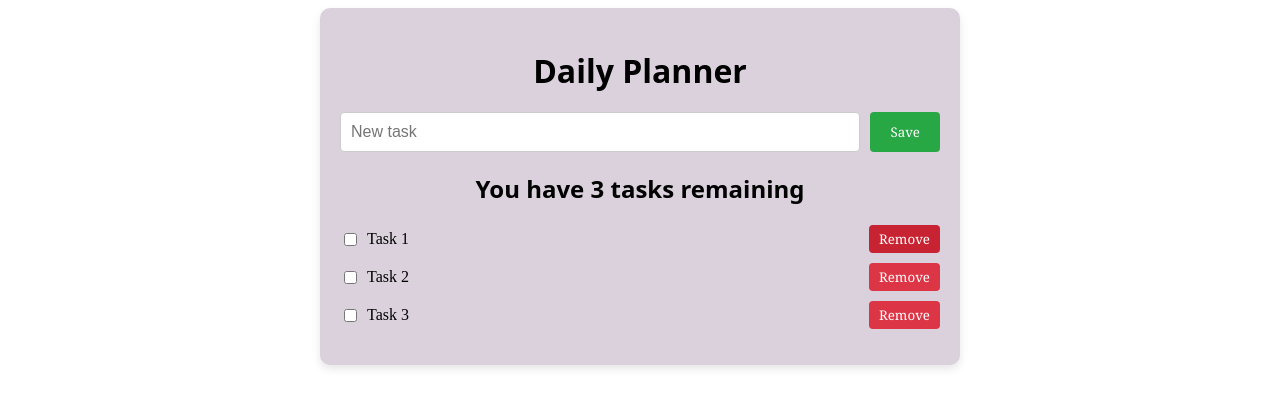
Repository: k8ANStar/lab04-daily-planner
Page: /
The author's editor kept a copy of each file at every save. The page is drawn from the files as they stood at one save, then again after the next save.
The browser window is 1280 px wide. The pictures show the whole page.
The pointer rests on the first visible `.remove-btn`.
The project was rebuilt for these pictures with package versions that can differ from the ones it lists, and the page was loaded fresh each time. Also part of the build but not shown: vite.config.js.

Above is the page before, as saved 2024-10-13 12:40:22.

### src/App.jsx
import React from "react";
import DailyPlanner from "./components/DailyPlanner";
import "./App.css";

function App() {
	return (
		<div>
			<DailyPlanner />
		</div>
	);
}

export default App;

### src/components/DailyPlanner.jsx
import React, { useState } from "react";
import TaskForm from "./TaskForm";
import TaskList from "./TaskList";

const DailyPlanner = () => {
	const initialTasks = [
		{ id: 1, name: "Task 1", completed: false },
		{ id: 2, name: "Task 2", completed: false },
		{ id: 3, name: "Task 3", completed: false },
	];

	const [tasks, setTasks] = useState(initialTasks);

	const addTask = (taskName) => {
		const newTask = {
			id: tasks.length + 1,
			name: taskName,
			completed: false,
		};
		setTasks([...tasks, newTask]);
	};

	const removeTask = (id) => {
		setTasks(tasks.filter((task) => task.id !== id));
	};

	const handleCheck = (id) => {
		setTasks(
			tasks.map((task) =>
				task.id === id ? { ...task, completed: !task.completed } : task
			)
		);
	};

	const remainingTasks = tasks.filter((task) => !task.completed).length;

	return (
		<div className="planner-container">
			<h1>Daily Planner</h1>
			<TaskForm addTask={addTask} />
			<h2>You have {remainingTasks} tasks remaining</h2>
			<TaskList
				tasks={tasks}
				handleCheck={handleCheck}
				removeTask={removeTask}
			/>
		</div>
	);
};

export default DailyPlanner;

### src/App.css
.planner-container {
	max-width: 600px;
	margin: 0 auto;
	padding: 20px;
	background-color: #dad1dd;
	border-radius: 10px;
	box-shadow: 0 4px 8px rgba(0, 0, 0, 0.1);
}

h1,
h2 {
	text-align: center;
	margin-bottom: 20px;
	font-family: system-ui, -apple-system, BlinkMacSystemFont, "Segoe UI", Roboto,
		Oxygen, Ubuntu, Cantarell, "Open Sans", "Helvetica Neue", sans-serif;
}

.task-form {
	display: flex;
	justify-content: space-between;
	margin-bottom: 20px;
}

.task-input {
	flex-grow: 1;
	padding: 10px;
	font-size: 16px;
	border-radius: 4px;
	border: 1px solid #ccc;
	margin-right: 10px;
}

.save-btn {
	padding: 10px 20px;
	background-color: #28a745;
	color: white;
	border: none;
	border-radius: 4px;
	cursor: pointer;
	font-family: Georgia, 'Times New Roman', Times, serif;
}

.save-btn:hover {
	background-color: #218838;
}

.task-list {
	list-style: none;
	padding: 0;
}

.task-item {
	display: flex;
	align-items: center;
	justify-content: space-between;
	margin-bottom: 10px;
}

.task-checkbox {
	margin-right: 10px;
}

.task-name {
	flex-grow: 1;
}

.task-name.completed {
	text-decoration: line-through;
	color: #6c757d;
}

.remove-btn {
	padding: 5px 10px;
	background-color: #dc3545;
	color: white;
	border: none;
	border-radius: 4px;
	cursor: pointer;
	font-family: Georgia, 'Times New Roman', Times, serif;
}

.remove-btn:hover {
	background-color: #c82333;
}

### src/components/TaskForm.jsx
import React, { useState } from "react";

const TaskForm = ({ addTask }) => {
	const [taskName, setTaskName] = useState("");

	const handleSubmit = (e) => {
		e.preventDefault();
		if (taskName.trim()) {
			addTask(taskName);
			setTaskName("");
		}
	};

	return (
		<form onSubmit={handleSubmit} className="task-form">
			<input
				type="text"
				value={taskName}
				onChange={(e) => setTaskName(e.target.value)}
				placeholder="New task"
				className="task-input"
			/>
			<button type="submit" className="save-btn">
				Save
			</button>
		</form>
	);
};

export default TaskForm;

### src/components/TaskList.jsx
import React from "react";
import Task from "./Tasks";

const TaskList = ({ tasks, handleCheck, removeTask }) => {
	return (
		<ul className="task-list">
			{tasks.map((task) => (
				<Task
					key={task.id}
					task={task}
					handleCheck={handleCheck}
					removeTask={removeTask}
				/>
			))}
		</ul>
	);
};

export default TaskList;

### src/components/Tasks.jsx
import React from "react";

const Task = ({ task, handleCheck, removeTask }) => {
	return (
		<li className="task-item">
			<input
				type="checkbox"
				checked={task.completed}
				onChange={() => handleCheck(task.id)}
				className="task-checkbox"
			/>
			<span className={task.completed ? "task-name completed" : "task-name"}>
				{task.name}
			</span>
			<button onClick={() => removeTask(task.id)} className="remove-btn">
				Remove
			</button>
		</li>
	);
};

export default Task;

Loaded but not shown: index.html (common file); src/main.jsx (common file); src/index.css (common file)

After the next save:
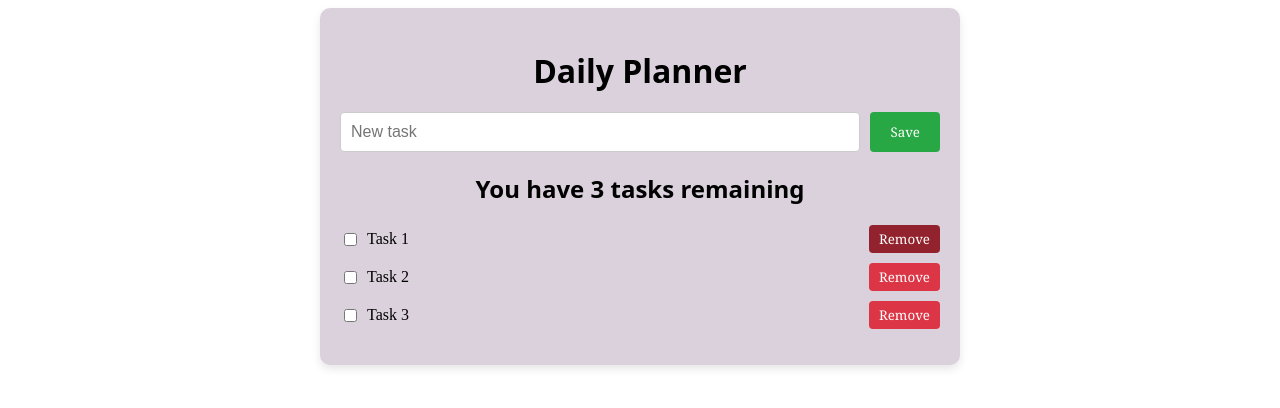
Saved 8 s later.
--- a/src/App.css
+++ b/src/App.css
@@ -80,5 +80,5 @@ h2 {
 }
 
 .remove-btn:hover {
-	background-color: #c82333;
+	background-color: #92222d;
 }
